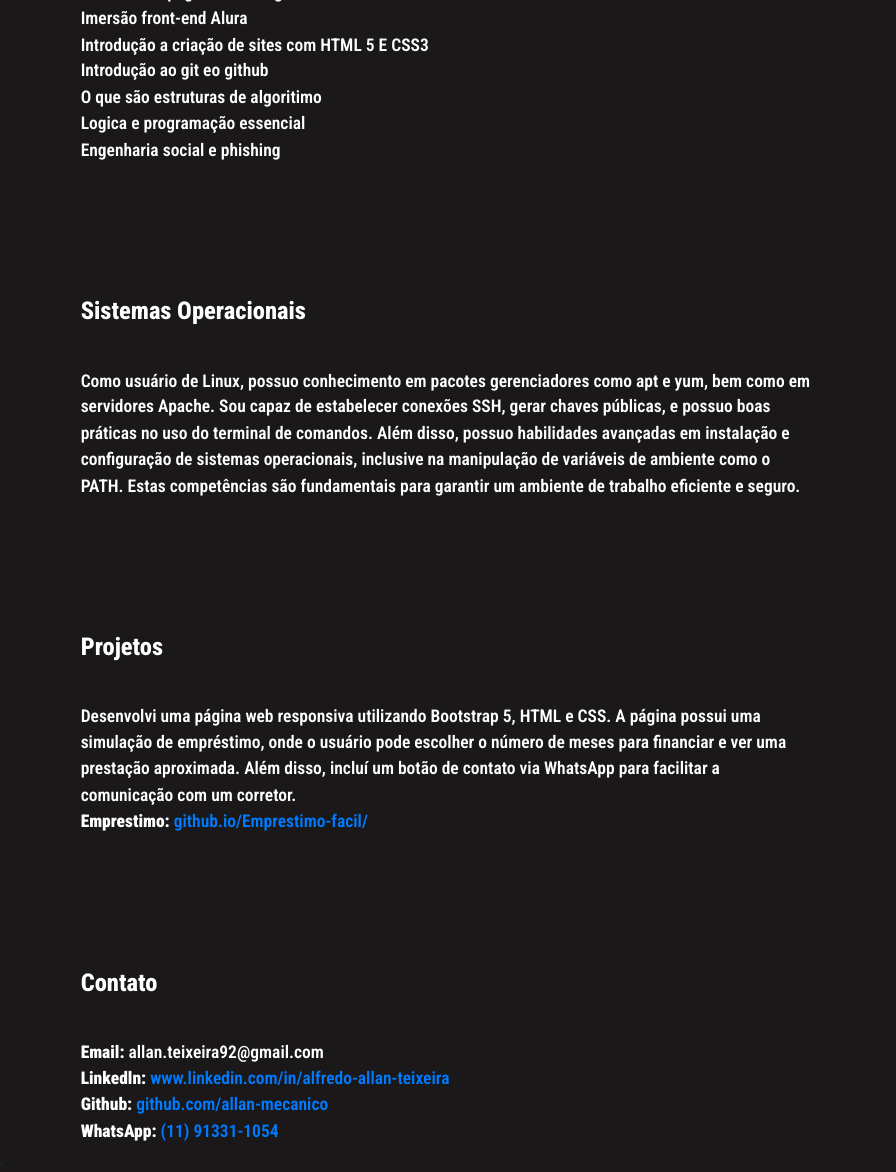
Repository: alfredo-allan/Portfolio
Page: index.html
These files come from the project's save history. The page is drawn as it stood at one moment and after the next save; the edit follows.
The browser window is 1280 px wide. The pictures show the part of the page from y = 1233 to 3153 px (the page is 2907 px tall before and 3153 px after), at 70% of full size.

Above is the page before, as saved 2024-03-20 17:20:48.

### index.html
<!DOCTYPE html>
<html lang="pt-BR">
  <head>
    <meta charset="UTF-8" />
    <meta name="viewport" content="width=device-width, initial-scale=1.0" />
    <link
      rel="stylesheet"
      href="https://stackpath.bootstrapcdn.com/bootstrap/4.1.3/css/bootstrap.min.css"
      integrity="sha384-MCw98/SFnGE8fJT3GXwEOngsV7Zt27NXFoaoApmYm81iuXoPkFOJwJ8ERdknLPMO"
      crossorigin="anonymous"
    />
    <link rel="stylesheet" href="./src/assets/styles/home.css" />
    <link
      href="https://fonts.googleapis.com/css2?family=Roboto+Condensed:ital,wght@0,100..900;1,100..900&display=swap"
      rel="stylesheet"
    />

    <title>Portfolio</title>
    <div class="foto-perfil">
      <img src="./src/assets/images/foto-perfil.jpeg" alt="Minha Foto" />
    </div>
    <div class="menu">
      <ul>
        <li><a href="#Sobre">Sobre</a></li>
        <li><a href="#Conhecimento">Conhecimento</a></li>
        <li><a href="#Contato">Contato</a></li>
        <li><a href="./curriculo.html">Currículo</a></li>
      </ul>
    </div>
    <div class="container" id="Sobre">
      <h2>Sobre</h2>
      <p>
        Meu nome é Alfredo Allan, e sou um profissional dedicado e apaixonado
        por tecnologia. Possuo experiência e conhecimento em diversos cursos e
        treinamentos, tais como Shell Script, introdução ao sistema operacional
        Linux, programação para internet com JavaScript, recriação da página do
        Instagram, criação de sites com HTML5 e CSS3, Git e GitHub, estruturas
        de algoritmos, lógica e programação essencial. Além disso, também possuo
        certificações em engenharia social e phishing, e sou um usuário
        experiente de Linux. Tenho um projeto pessoal de uma página de
        empréstimo no GitHub, onde aplico meus conhecimentos e habilidades de
        programação e web design. Estou sempre em busca de aprendizado e novos
        desafios, e estou confiante de que posso contribuir de forma
        significativa para sua equipe. Estou ansioso para mostrar como minhas
        habilidades e experiências podem agregar valor à sua empresa.
      </p>
    </div>
    <div id="Conhecimento">
      <h2>Conhecimento</h2>
      <p>
        Cursando Analise e desenvolvimento de sistemas <br />
        Shell script - manipulando arquivos <br />
        Introdução ao sistema operacional linux <br />
        Programação para internet com javascritp <br />
        Recriando a pagina do instagram <br />
        Imersão front-end Alura <br />
        Introdução a criação de sites com HTML 5 E CSS3 <br />
        Introdução ao git eo github <br />
        O que são estruturas de algoritimo <br />
        Logica e programação essencial <br />
        Engenharia social e phishing <br />
      </p>
    </div>

    <div id="sistemas">
      <h2>Sistemas Operacionais</h2>
      <p>
        Como usuário de Linux, possuo conhecimento em pacotes gerenciadores como
        apt e yum, bem como em servidores Apache. Sou capaz de estabelecer
        conexões SSH, gerar chaves públicas, e possuo boas práticas no uso do
        terminal de comandos. Além disso, possuo habilidades avançadas em
        instalação e configuração de sistemas operacionais, inclusive na
        manipulação de variáveis de ambiente como o PATH. Estas competências são
        fundamentais para garantir um ambiente de trabalho eficiente e seguro.
      </p>
    </div>
    <div id="Projetos">
      <h2>Projetos</h2>
      <p>
        Desenvolvi uma página web responsiva utilizando Bootstrap 5, HTML e CSS.
        A página possui uma simulação de empréstimo, onde o usuário pode
        escolher o número de meses para financiar e ver uma prestação
        aproximada. Além disso, incluí um botão de contato via WhatsApp para
        facilitar a comunicação com um corretor. <br />
        <strong>Emprestimo:</strong
        ><a href="https://allan-mecanico.github.io/Emprestimo-facil/index.html">
          github.io/Emprestimo-facil/
        </a>
      </p>
    </div>
    <div id="Contato">
      <h2>Contato</h2>

      <p>
        <strong>Email:</strong> allan.teixeira92@gmail.com <br />
        <strong>Linkedln:</strong
        ><a
          href="https://www.linkedin.com/in/alfredo-allan-teixeira-ba2701149/"
        >
          www.linkedin.com/in/alfredo-allan-teixeira <br
        /></a>

        <strong>Github:</strong
        ><a href="https://github.com/allan-mecanico">
          github.com/allan-mecanico<br
        /></a>
        <strong>WhatsApp:</strong
        ><a href="https://api.whatsapp.com/send?phone=5511913311054">
          (11) 91331-1054<br
        /></a>
      </p>
    </div>
  </head>
  <body>
    <script
      src="https://code.jquery.com/jquery-3.3.1.slim.min.js"
      integrity="sha384-q8i/X+965DzO0rT7abK41JStQIAqVgRVzpbzo5smXKp4YfRvH+8abtTE1Pi6jizo"
      crossorigin="anonymous"
    ></script>
    <script
      src="https://cdnjs.cloudflare.com/ajax/libs/popper.js/1.14.3/umd/popper.min.js"
      integrity="sha384-ZMP7rVo3mIykV+2+9J3UJ46jBk0WLaUAdn689aCwoqbBJiSnjAK/l8WvCWPIPm49"
      crossorigin="anonymous"
    ></script>
    <script
      src="https://stackpath.bootstrapcdn.com/bootstrap/4.1.3/js/bootstrap.min.js"
      integrity="sha384-ChfqqxuZUCnJSK3+MXmPNIyE6ZbWh2IMqE241rYiqJxyMiZ6OW/JmZQ5stwEULTy"
      crossorigin="anonymous"
    ></script>
  </body>
</html>
<

### src/assets/styles/home.css
:root {
  --roboto-condensed: "Roboto Condensed", sans-serif;
}

body {
  font-family: var(--roboto-condensed);
  background-color: rgb(26, 24, 24);
  background-position: center;
  background-size: cover;
}

@media (min-width: 310px) and (max-width: 480px) {
  body {
    background-image: url("../images/git-img.jpg");
    background-repeat: no-repeat;
    background-attachment: fixed;
  }
}

.menu ul {
  font-size: 1.5rem;
  font-weight: 600;
  margin-top: -14%;
  margin-right: 4%;
  text-align: right;
  list-style: none;
  li {
    margin-right: 12px;
    display: inline-block;
  }
}

@media only screen and (min-width: 310px) and (max-width: 450px) {
  .menu ul {
    font-weight: 1000;
    text-align: left;
    margin-top: -45%;
    padding: 20%;
    margin-left: 40%;
    font-size: 20px;
  }
}

.foto-perfil {
  margin-top: 1%;
  margin-left: 8%;
  width: 200px;
  height: 200px;
  border-radius: 50%;
  overflow: hidden;
}

.foto-perfil img {
  width: 100%;
  height: 100%;
  object-fit: cover;
}

@media only screen and (min-width: 310px) and (max-width: 450px) {
  .foto-perfil {
    width: 80px;
    height: 80px;
    margin-left: 10%;
    margin-top: 7%;
  }
}

#Sobre {
  color: white;
  margin-top: 20%;
  margin-left: 9%;
  h2 {
    font-weight: 1000;
    font-size: 35px;
    font-weight: 800;
  }
  p {
    font-weight: 300;
    margin-top: 5%;
    font-size: 25px;
    font-family: var(--roboto-condensed);
    width: 100%; /* Define a largura desejada */
    font-weight: 600;
  }
}

@media only screen and (min-width: 310px) and (max-width: 450px) {
  #Sobre {
    margin-left: -1%;
    margin-top: -10%;
    h2 {
      color: white;
      font-size: 22px;
      font-weight: 800;
    }
    p {
      color: white;
      margin-top: 5%;
      font-size: 18px;
      font-family: var(--roboto-condensed);
      width: 100%; /* Define a largura desejada */
      font-weight: 350;
    }
  }
}

#Conhecimento {
  color: white;
  margin-top: 15%;
  margin-left: 9%;
  h2 {
    font-size: 35px;
    font-weight: 800;
  }
  p {
    margin-top: 5%;
    font-size: 25px;
    font-family: var(--roboto-condensed);
    width: 90%; /* Define a largura desejada */
    font-weight: 600;
  }
}

@media only screen and (min-width: 310px) and (max-width: 450px) {
  #Conhecimento {
    margin-left: 1%;
    margin-top: 35%;
    h2 {
      color: white;
      font-size: 22px;
      font-weight: 800;
    }
    p {
      color: white;
      margin-top: 5%;
      font-size: 18px;
      font-family: var(--roboto-condensed);
      width: 100%; /* Define a largura desejada */
      font-weight: 350;
    }
  }
}
#sistemas {
  color: white;
  margin-top: 15%;
  margin-left: 9%;
  h2 {
    font-size: 35px;
    font-weight: 800;
  }
  p {
    margin-top: 5%;
    font-size: 25px;
    font-family: var(--roboto-condensed);
    width: 90%; /* Define a largura desejada */
    font-weight: 600;
  }
}

@media only screen and (min-width: 310px) and (max-width: 450px) {
  #sistemas {
    margin-left: -0%;
    margin-top: 20%;
    h2 {
      font-size: 22px;
      font-weight: 800;
    }
    p {
      margin-top: 5%;
      font-size: 18px;
      font-family: var(--roboto-condensed);
      width: 100%; /* Define a largura desejada */
      font-weight: 350;
    }
  }
}

#Projetos {
  color: white;
  margin-top: 15%;
  margin-left: 9%;
  h2 {
    font-size: 35px;
    font-weight: 800;
  }
  p {
    margin-top: 5%;
    font-size: 25px;
    font-family: var(--roboto-condensed);
    width: 90%; /* Define a largura desejada */
    font-weight: 600;
  }
}

@media only screen and (min-width: 310px) and (max-width: 450px) {
  #Projetos {
    margin-left: -0%;
    margin-top: 25%;
    h2 {
      font-size: 22px;
      font-weight: 800;
    }
    p {
      color: white;
      margin-top: 5%;
      font-size: 18px;
      font-family: var(--roboto-condensed);
      width: 100%; /* Define a largura desejada */
      font-weight: 350;
    }
  }
}

#Contato {
  color: white;
  margin-top: 15%;
  margin-left: 9%;
  h2 {
    font-size: 35px;
    font-weight: 800;
  }
  p {
    margin-top: 5%;
    font-size: 25px;
    font-family: var(--roboto-condensed);
    width: 90%; /* Define a largura desejada */
    font-weight: 600;
  }
}

@media only screen and (min-width: 310px) and (max-width: 450px) {
  #Contato {
    margin-top: 25%;
    margin-left: 0%;
    h2 {
      font-size: 22px;
      font-weight: 800;
    }
    p {
      width: 100%;
      margin-top: 5%;
      font-size: 18px;
      font-family: var(--roboto-condensed);
      font-weight: 350;
    }
  }
}

After the next save:
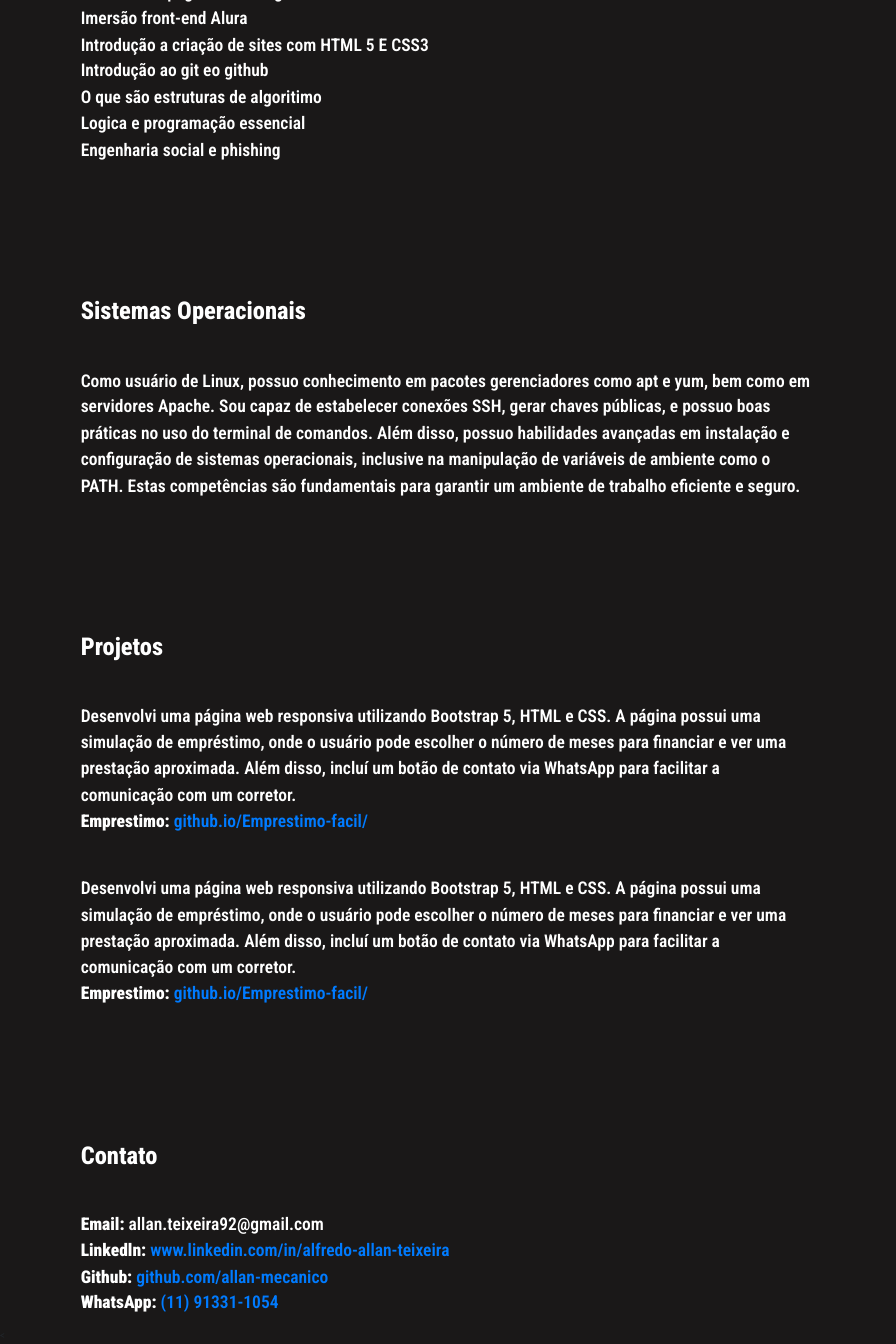
Saved 24 days later.
--- a/index.html
+++ b/index.html
@@ -87,6 +87,17 @@
           github.io/Emprestimo-facil/
         </a>
       </p>
+      <p>
+        Desenvolvi uma página web responsiva utilizando Bootstrap 5, HTML e CSS.
+        A página possui uma simulação de empréstimo, onde o usuário pode
+        escolher o número de meses para financiar e ver uma prestação
+        aproximada. Além disso, incluí um botão de contato via WhatsApp para
+        facilitar a comunicação com um corretor. <br />
+        <strong>Emprestimo:</strong
+        ><a href="https://allan-mecanico.github.io/Emprestimo-facil/index.html">
+          github.io/Emprestimo-facil/
+        </a>
+      </p>
     </div>
     <div id="Contato">
       <h2>Contato</h2>
